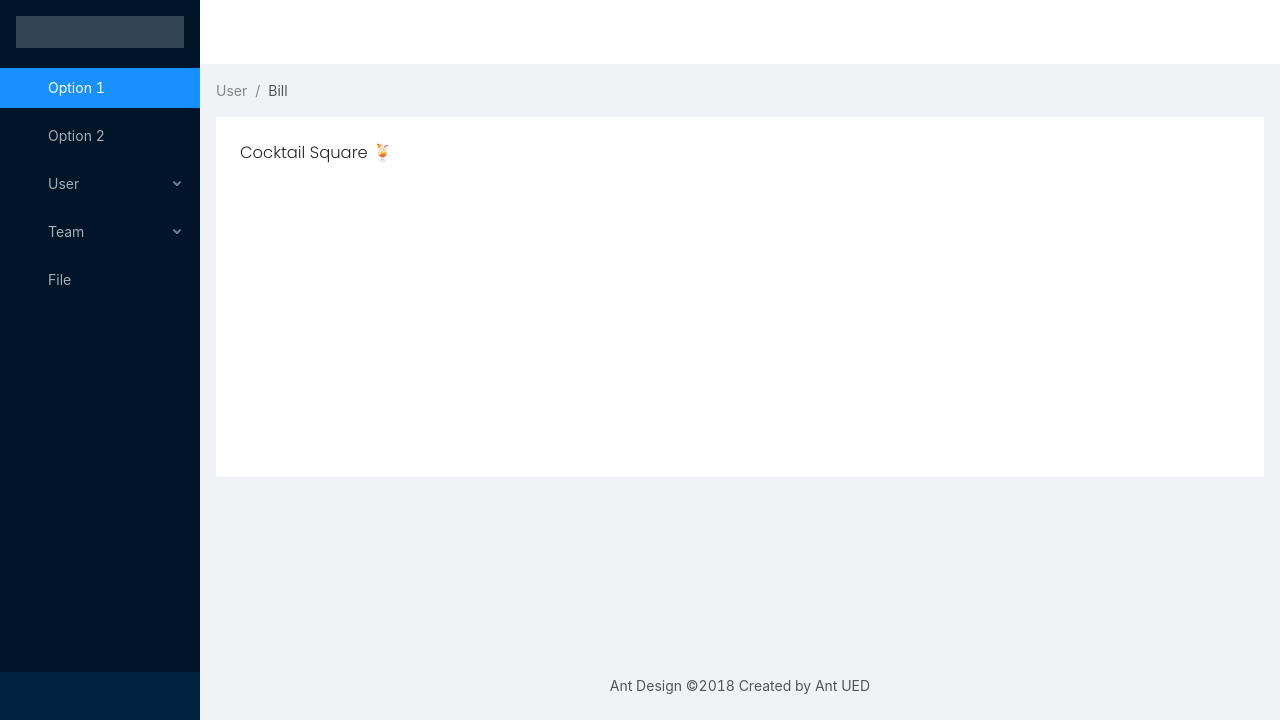
Repository: huynhnt1406/cocktail
Page: /
The author's editor kept a copy of each file at every save. The page is drawn from the files as they stood at one save, then again after the next save.
The browser window is 1280 px wide. The pictures show the whole page.
The page's requests for data from a server got no answer. The project was rebuilt for these pictures with package versions that can differ from the ones it lists, and the page was loaded fresh each time. No one was signed in, and anything a server would have sent is missing.

Above is the page before, as saved 2021-05-05 23:47:07.

### public/index.html
<!DOCTYPE html>
<html lang="">
  <head>
    <meta charset="utf-8">
    <meta http-equiv="X-UA-Compatible" content="IE=edge">
    <meta name="viewport" content="width=device-width,initial-scale=1.0">
    <link rel="icon" href="<%= BASE_URL %>favicon.ico">
    <title><%= htmlWebpackPlugin.options.title %></title>
    <link rel="preconnect" href="https://fonts.gstatic.com">
    <link href="https://fonts.googleapis.com/css2?family=Poppins:ital,wght@0,200;0,300;1,400&display=swap" rel="stylesheet">
  </head>
  <body>
    <noscript>
      <strong>We're sorry but <%= htmlWebpackPlugin.options.title %> doesn't work properly without JavaScript enabled. Please enable it to continue.</strong>
    </noscript>
    <div id="app"></div>
    <!-- built files will be auto injected -->
  </body>
</html>

### src/main.js
import Vue from 'vue'
import App from './App.vue'
import store from './store/index'
import router from './router/index'
import 'ant-design-vue/dist/antd.css';
import Antd from 'ant-design-vue';
Vue.config.productionTip = false
Vue.use(Antd);
new Vue({
  store,
  router,
  render: h => h(App),
}).$mount('#app')

### src/App.vue
<template>
  <a-layout id="components-layout-demo-side" style="min-height: 100vh">
    <a-layout-sider v-model="collapsed" collapsible>
      <div class="logo" />
      <a-menu theme="dark" :default-selected-keys="['1']" mode="inline">
        <a-menu-item key="1">
          <a-icon type="pie-chart" />
          <span>Option 1</span>
        </a-menu-item>
        <a-menu-item key="2">
          <a-icon type="desktop" />
          <span>Option 2</span>
        </a-menu-item>
        <a-sub-menu key="sub1">
          <span slot="title"><a-icon type="user" /><span>User</span></span>
          <a-menu-item key="3">
            Tom
          </a-menu-item>
          <a-menu-item key="4">
            Bill
          </a-menu-item>
          <a-menu-item key="5">
            Alex
          </a-menu-item>
        </a-sub-menu>
        <a-sub-menu key="sub2">
          <span slot="title"><a-icon type="team" /><span>Team</span></span>
          <a-menu-item key="6">
            Team 1
          </a-menu-item>
          <a-menu-item key="8">
            Team 2
          </a-menu-item>
        </a-sub-menu>
        <a-menu-item key="9">
          <a-icon type="file" />
          <span>File</span>
        </a-menu-item>
      </a-menu>
    </a-layout-sider>
    <a-layout>
      <a-layout-header style="background: #fff; padding: 0" />
      <a-layout-content style="margin: 0 16px">
        <a-breadcrumb style="margin: 16px 0">
          <a-breadcrumb-item>User</a-breadcrumb-item>
          <a-breadcrumb-item>Bill</a-breadcrumb-item>
        </a-breadcrumb>
        <div class="cocktail-lists" :style="{ padding: '24px', background: '#fff', minHeight: '360px' }">
          <CockTail/>
        </div>
      </a-layout-content>
      <a-layout-footer style="text-align: center">
        Ant Design ©2018 Created by Ant UED
      </a-layout-footer>
    </a-layout>
  </a-layout>
</template>
<script>
import CockTail from './components/CockTail'
export default {
  data() {
    return {
      collapsed: false,
    };
  },
  components:{
    CockTail,
  }
};
</script>

<style>
#components-layout-demo-side .logo {
  height: 32px;
  background: rgba(255, 255, 255, 0.2);
  margin: 16px;
}
.cocktail-lists{
  overflow-y: scroll;
}
</style>

### src/store/index.js
import Vue from 'vue'
import Vuex from 'vuex'
import cocktail from './modules/cocktail'
Vue.use(Vuex)
export default new Vuex.Store({
    modules:{
        cocktail
    }
})

### src/router/index.js
import Vue from 'vue'
import VueRouter from 'vue-router'

Vue.use(VueRouter)

export default new VueRouter({
    mode:'history'
})

### src/components/CockTail.vue
<template >
    <div class="homepage">
        <h3>Cocktail Square 🍹</h3>
        <div class="list" v-for="cocktail in allCocktails" :key="cocktail.id">
            <img :src="cocktail.strDrinkThumb" :alt="cocktail.idDrink">
        </div>
    </div>
</template>
<script>
import {mapGetters, mapActions} from 'vuex'
export default {
    name:'Cocktail',
    computed: mapGetters(["allCocktails"]),
    created(){
        this.fetchCocktail()
    },
    methods:{
        ...mapActions(["fetchCocktail"])
    },
}
</script>
<style >
.homepage{
    font-family: "Poppins",sans-serif;
}
.list img{
    height: 150px;
    width: 150px;
}
</style>

### src/store/modules/cocktail.js
import axios from 'axios'

const state = {
    cocktailLists: []
}
const getters = {
    allCocktails : state => state.cocktailLists
}
const actions = {
    async fetchCocktail({commit}){
        const res = await axios.get('https://www.thecocktaildb.com/api/json/v1/1/search.php?f=b')
        commit('getCocktail', res.data.drinks)
        console.log(res.data.drinks)
    }
}

const mutations = {
    getCocktail : (state, cocktailLists) => state.cocktailLists = cocktailLists
}

export default {
    state,getters,actions,mutations
}

After the next save:
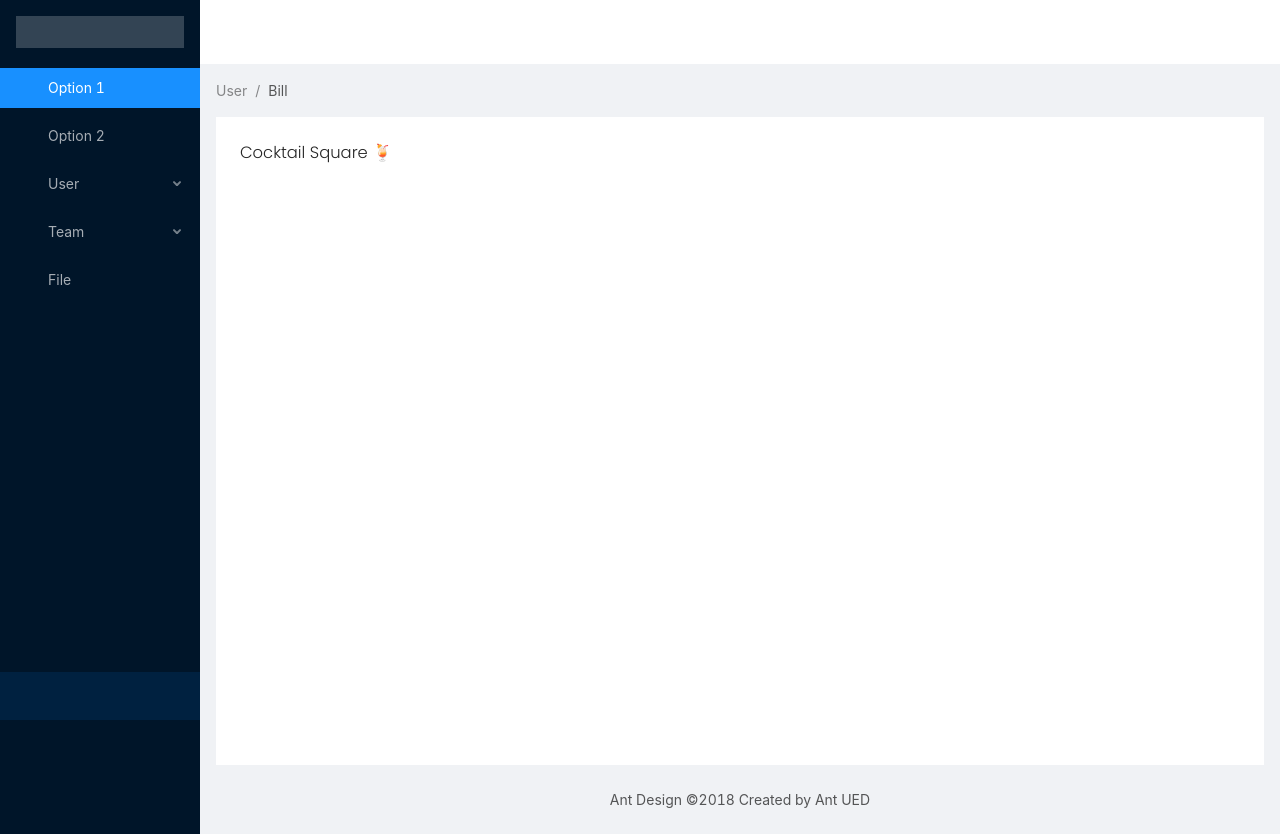
Saved 15 s later.
--- a/src/App.vue
+++ b/src/App.vue
@@ -77,5 +77,6 @@ export default {
 }
 .cocktail-lists{
   overflow-y: scroll;
+  height: 90vh;
 }
 </style>
